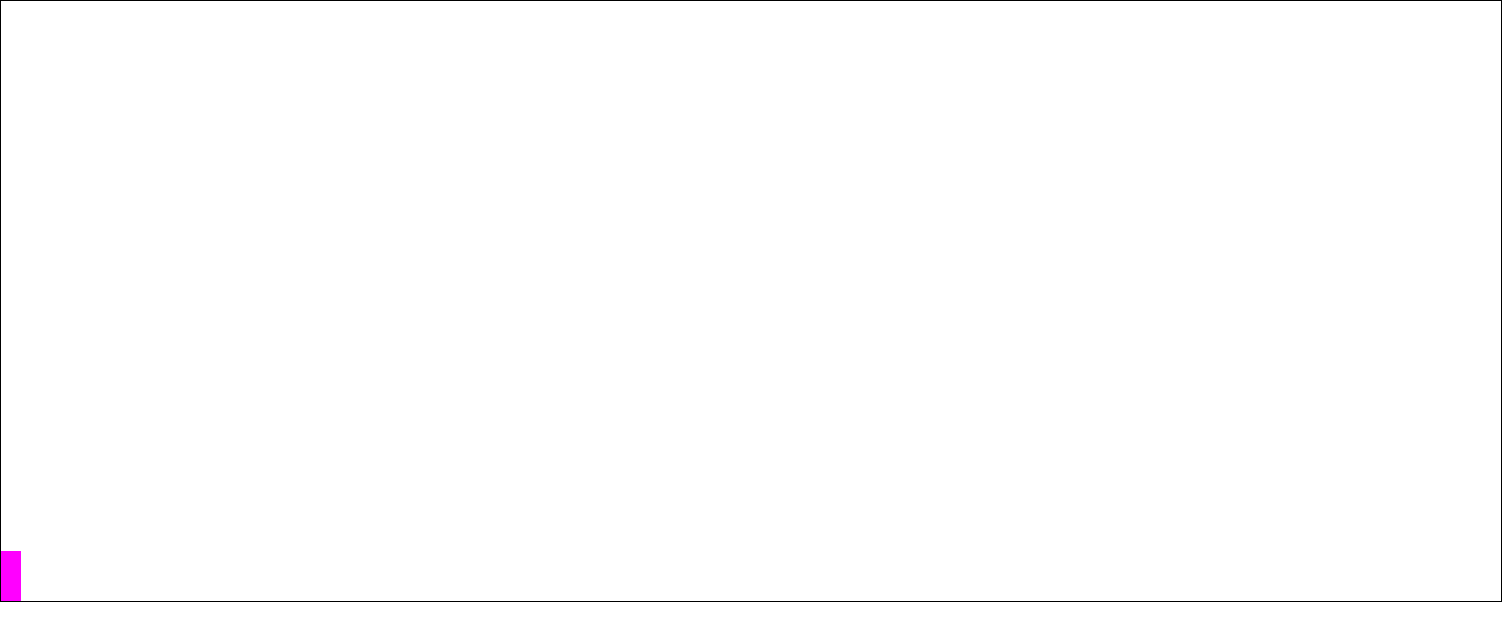
Repository: thecptwaffles/bad-game
Page: index.html
An editor plug-in stored every save of this project. The page is shown before and after the next save, followed by the edit.
The browser window is 1280 px wide. The page is 1502 px wide, then 1280 px, so the pictures cover 1502 px, including what lies to the right of the window. The pictures show the whole page.

Above is the page before, as saved 2022-02-05 07:38:48.

### index.html
<!DOCTYPE html>
<html lang="en" onkeydown="jump()">

<head>
    <meta charset="UTF-8">
    <meta http-equiv="X-UA-Compatible" content="IE=edge">
    <meta name="viewport" content="width=device-width, initial-scale=1.0">
    <title>Jump</title>
    <link rel="stylesheet" href="style.css">
</head>

<body>
    <div id="game">
        <div id="Steve"></div>
        <div id="block"></div>
    </div>
</body>
<script src="./index.js"></script>

</html>

### style.css
* {
    padding: 0;
    margin: 0;
}

#game {
    width: 1500px;
    height: 600px;
    border: 1px solid black;
}

#Steve {
    width: 20px;
    height: 50px;
    background-color: magenta;
    position: relative;
    top: 550px;
}

.animate {
    animation: jump 500ms;
}

@keyframes jump {
    0%{
        top: 550px;
    }

    30% {
        top: 480px;
    }

    70% {
        top: 480px;
    }

    100% {
        top: 550px;
    }
}

#block {
    width: 20px;
    height: 20px;
    background-color: aquamarine;
    position: relative;
    top: 530px;
    left: 480px;
    animation: block 1s infinite linear;
}

@keyframes block {
    0%{
        left: 480px;
    }

    100%{
        left: -40px;
    }
}

### index.js
var Steve = document.getElementById('Steve');
var block = document.getElementById('block');

function jump(){
    if(Steve.classList !='animate'){
        Steve.classList.add('animate');
    }
    Steve.classList.add('animate');
    setTimeout(function(){
        Steve.classList.remove('animate');
    },500)
}

var checkDead = setInterval(function(){
    var steveTop = parseInt(window.getComputedStyle(Steve).getPropertyValue('top'));

    var blockLeft = parseInt(window.getComputedStyle(block).getPropertyValue('left'));

    if(blockLeft<20 && blockLeft>0 && steveTop >= 550 ) {
        block.style.animation = 'none';
        block.style.display = 'none';
        if(alert('You Lose :(')){}
else    window.location.reload();
    }
},10)

After the next save:
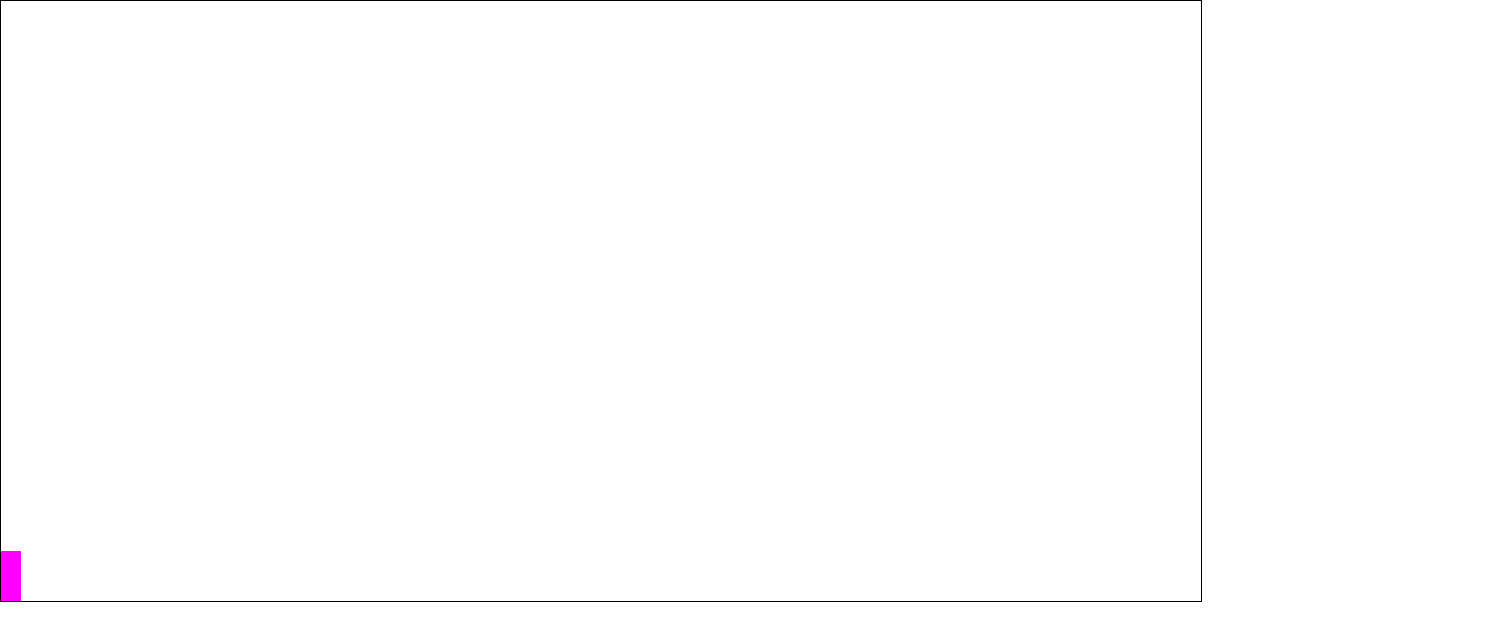
Saved 71 s later.
--- a/style.css
+++ b/style.css
@@ -4,7 +4,7 @@
 }
 
 #game {
-    width: 1500px;
+    width: 1200px;
     height: 600px;
     border: 1px solid black;
 }
